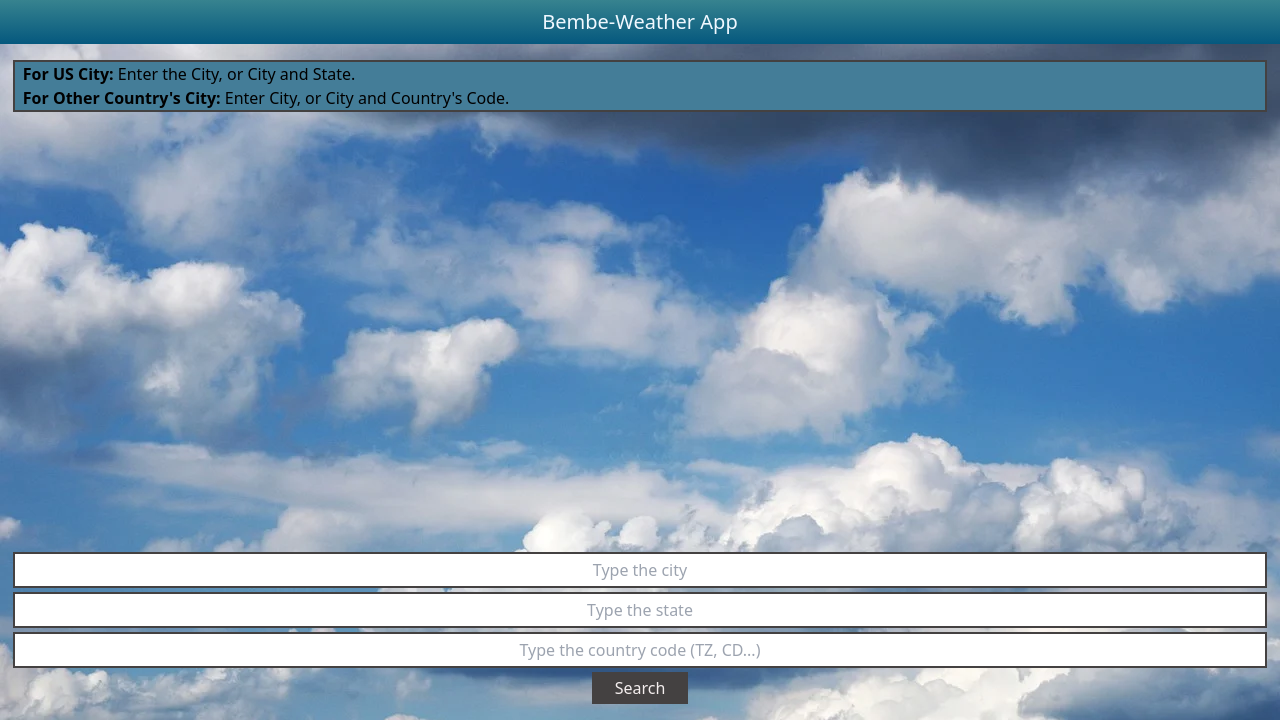
Repository: ShindanoSingi/bembe-weather
Page: /
An editor plug-in stored every save of this project. The page is shown before and after the next save, followed by the edit.
The browser window is 1280 px wide. The pictures show the whole page.
The page's requests for data from a server got no answer. The project was rebuilt for these pictures with package versions that can differ from the ones it lists, and the page was loaded fresh each time. No one was signed in, and anything a server would have sent is missing.

Above is the page before, as saved 2022-09-16 01:16:21.

After the next save:
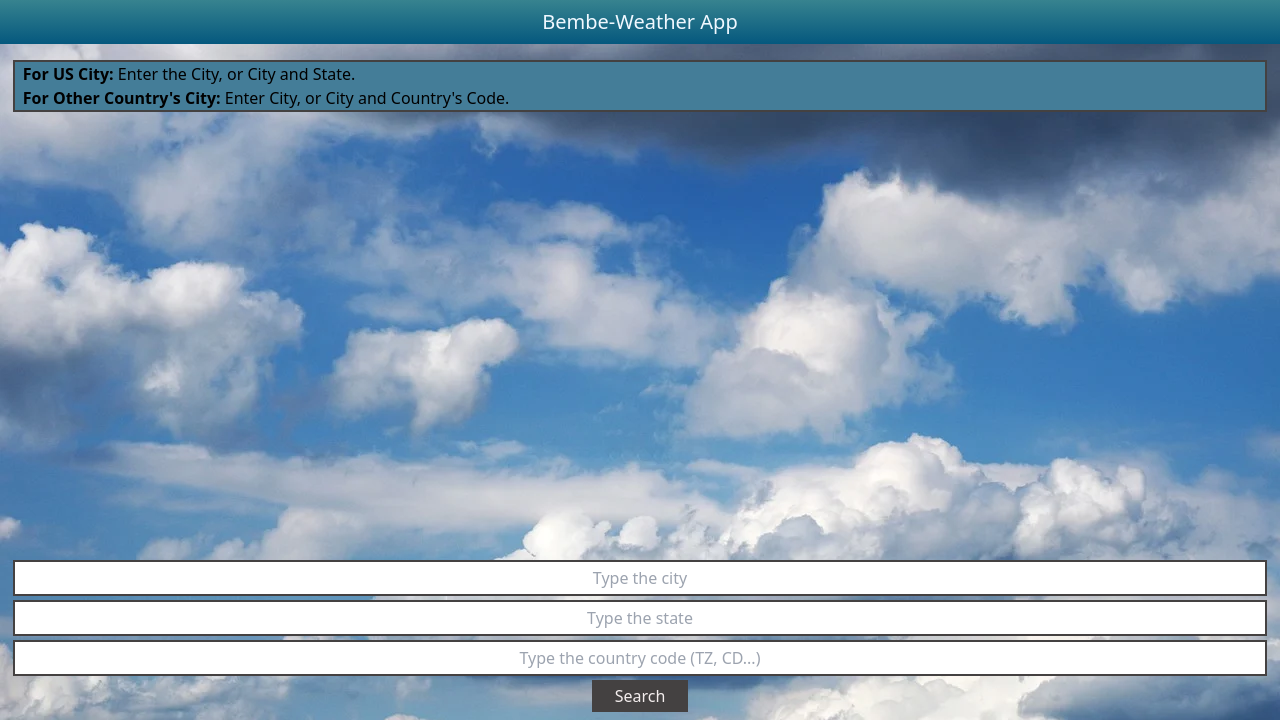
Saved 6 s later.
--- a/src/components/SearchForm.js
+++ b/src/components/SearchForm.js
@@ -10,7 +10,7 @@ const SearchForm = ({
   handleChangeCountry,
 }) => {
   return (
-    <div className="mx-1 mb-4 md:mb-4 xl:mb-6 lg:mb-8">
+    <div className="mx-1 mb-2 md:mb-4 xl:mb-6 lg:mb-8">
       <form className="gap-4 form-container" onSubmit={handleSubmit} d-flex>
         <div className="flex flex-col items-center gap-1 xl:flex xl:flex-col xl:gap-6 lg:flex lg:flex-col lg:gap-2 form-container">
           <div className="flex flex-col gap-1 xl:flex xl:flex-col xl:gap-6 lg:flex lg:flex-col lg:gap-2 md:flex md:flex-col md:gap-2">
